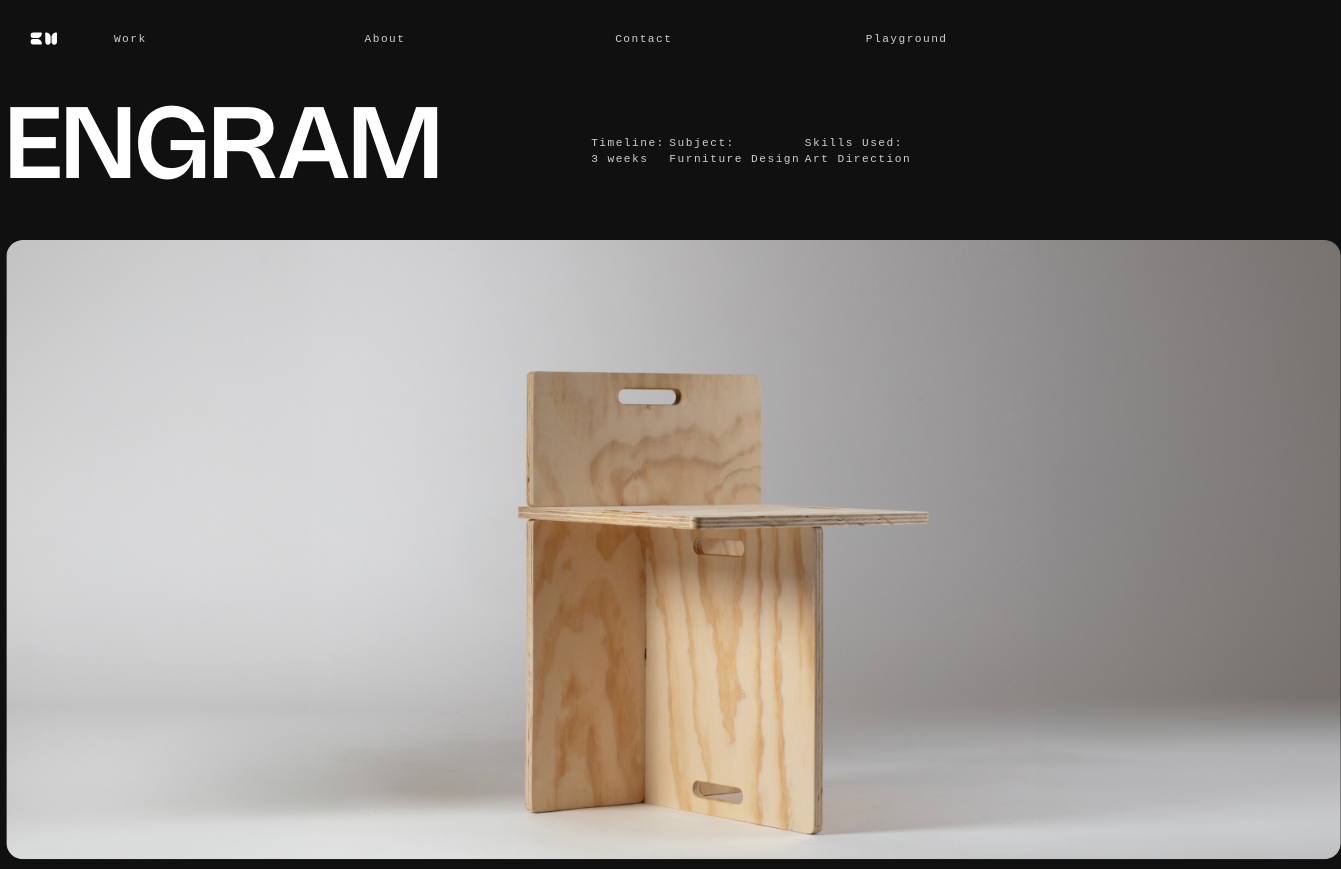
Repository: theethanwright/ethan_wright_portfolio
Page: work/work.html
The author's editor kept a copy of each file at every save. The page is drawn from the files as they stood at one save, then again after the next save.
The browser window is 1280 px wide. The page is 1676 px wide, then 1303 px, so the pictures cover 1676 px, including what lies to the right of the window. The pictures show the whole page, at 80% of full size.

Above is the page before, as saved 2023-12-25 22:13:01.

After the next save:
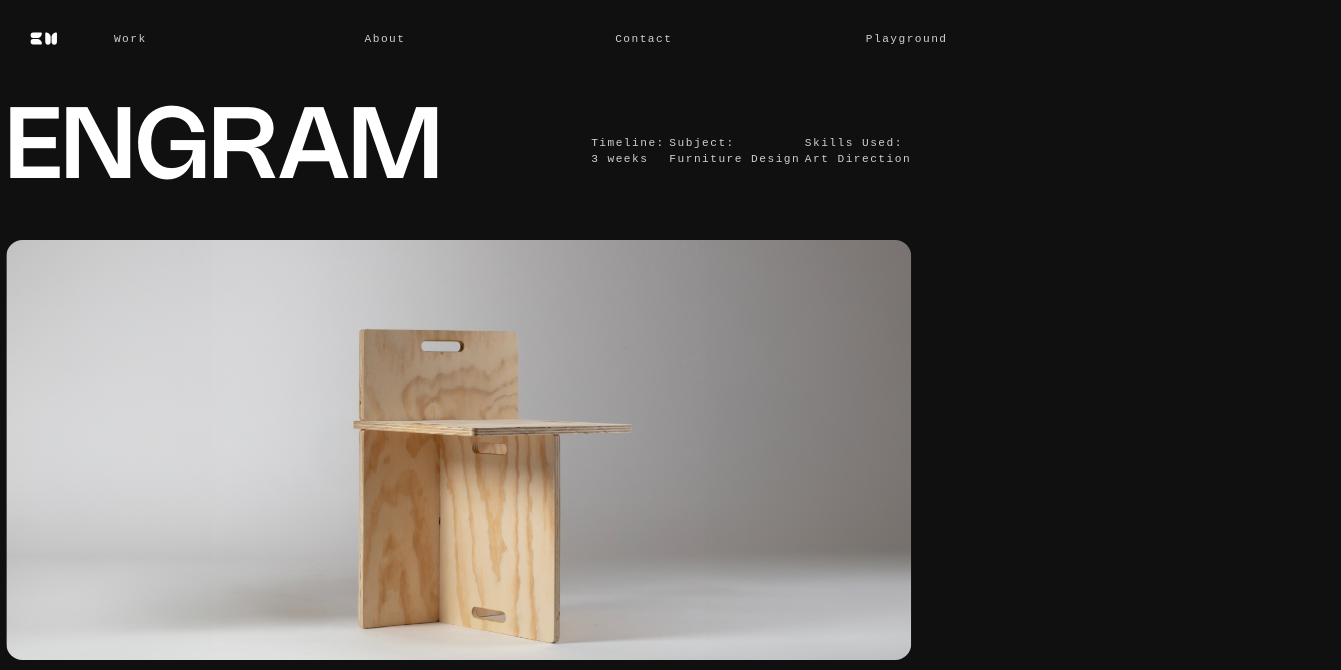
Saved 63 s later.
--- a/work/main.css
+++ b/work/main.css
@@ -34,7 +34,7 @@ p {
   }
 
   img {
-    width: auto;
+    max-width: 100%;
     height: auto;
 
     border-radius: 20px;
